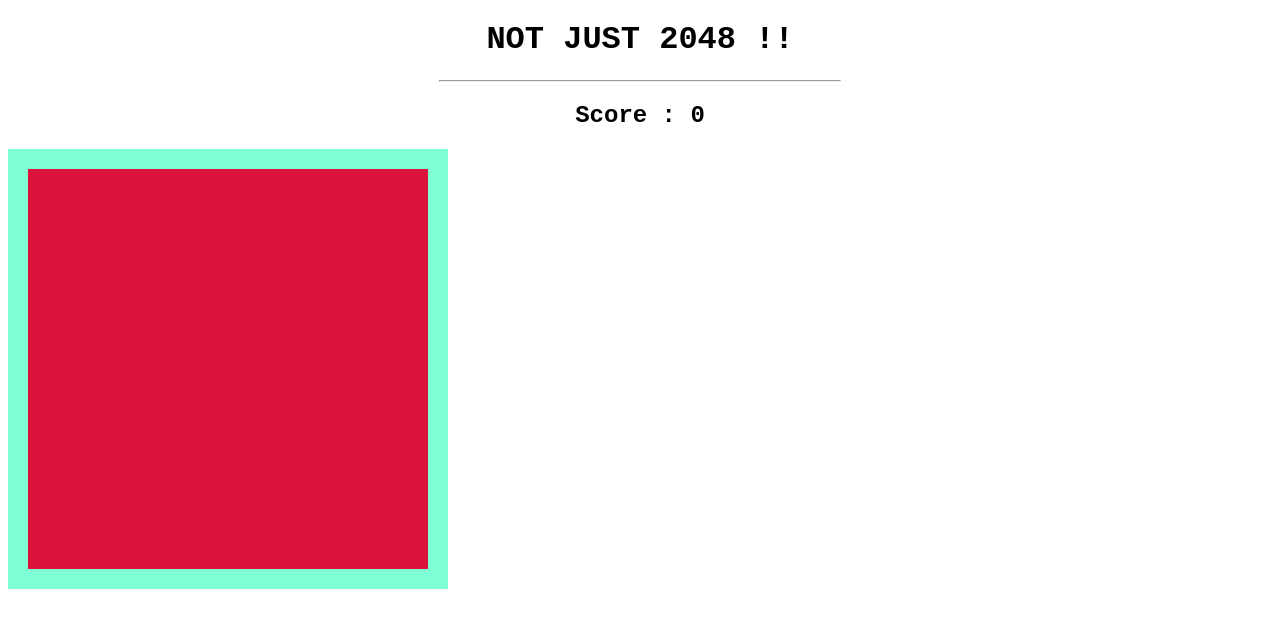
Repository: Prathamyadav1123/2048Game
Page: NotJust2048-main/2048.html
An editor plug-in stored every save of this project. The page is shown before and after the next save, followed by the edit.
The browser window is 1280 px wide. The pictures show the whole page.

Above is the page before, as saved 2023-05-31 19:41:48.

After the next save:
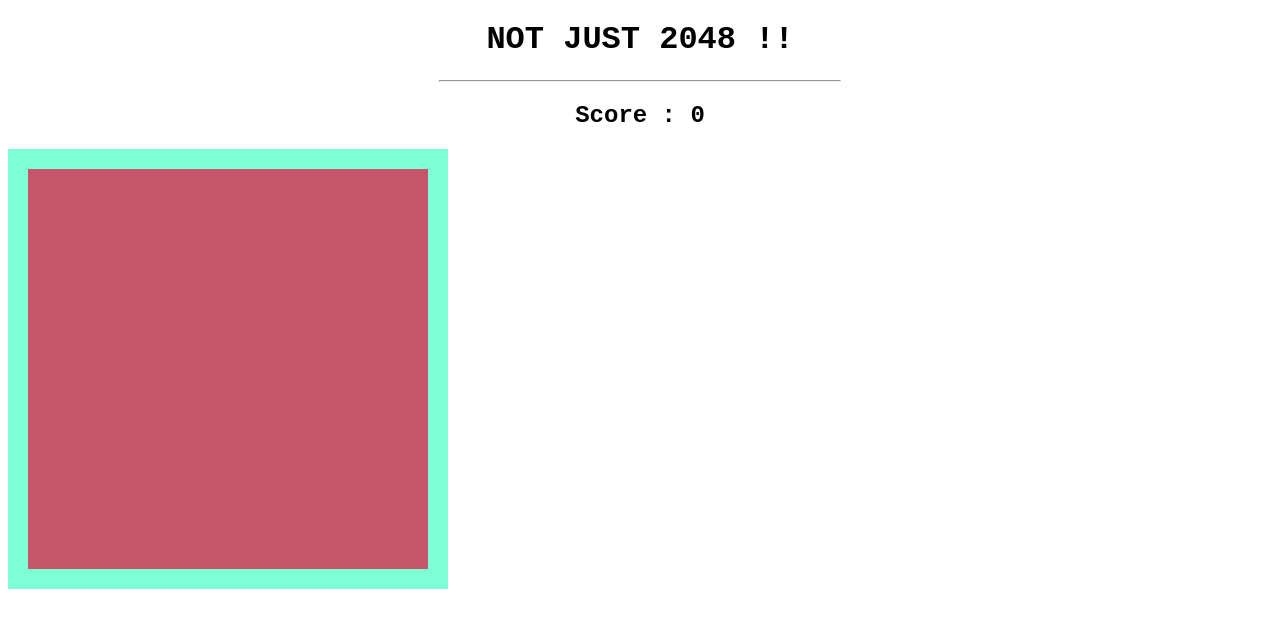
Saved 9 s later.
--- a/NotJust2048-main/2048.css
+++ b/NotJust2048-main/2048.css
@@ -9,6 +9,6 @@ hr{
     width: 400px;
     height: 400px;
     color: burlywood;
-    background-color: crimson;
+    background-color: rgb(199, 86, 109);
     border: 20px solid aquamarine;
 }
